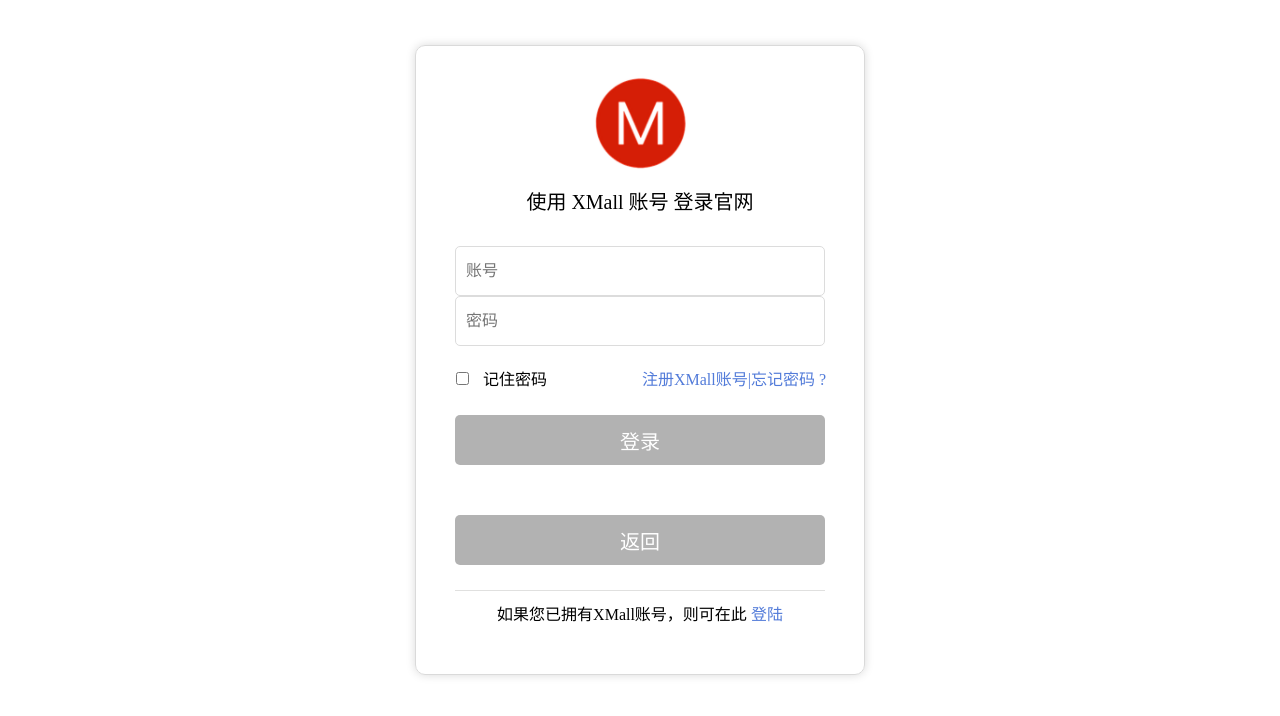
Repository: dingqihui1997/xmall-demo
Page: /signin
These files come from the project's save history. The page is drawn as it stood at one moment and after the next save; the edit follows.
The browser window is 1280 px wide. The pictures show the whole page.
The project was rebuilt for these pictures with package versions that can differ from the ones it lists, and the page was loaded fresh each time. Also part of the build but not shown: vue.config.js, src/views/Home.vue.

Above is the page before, as saved 2021-06-29 17:51:23.

After the next save:
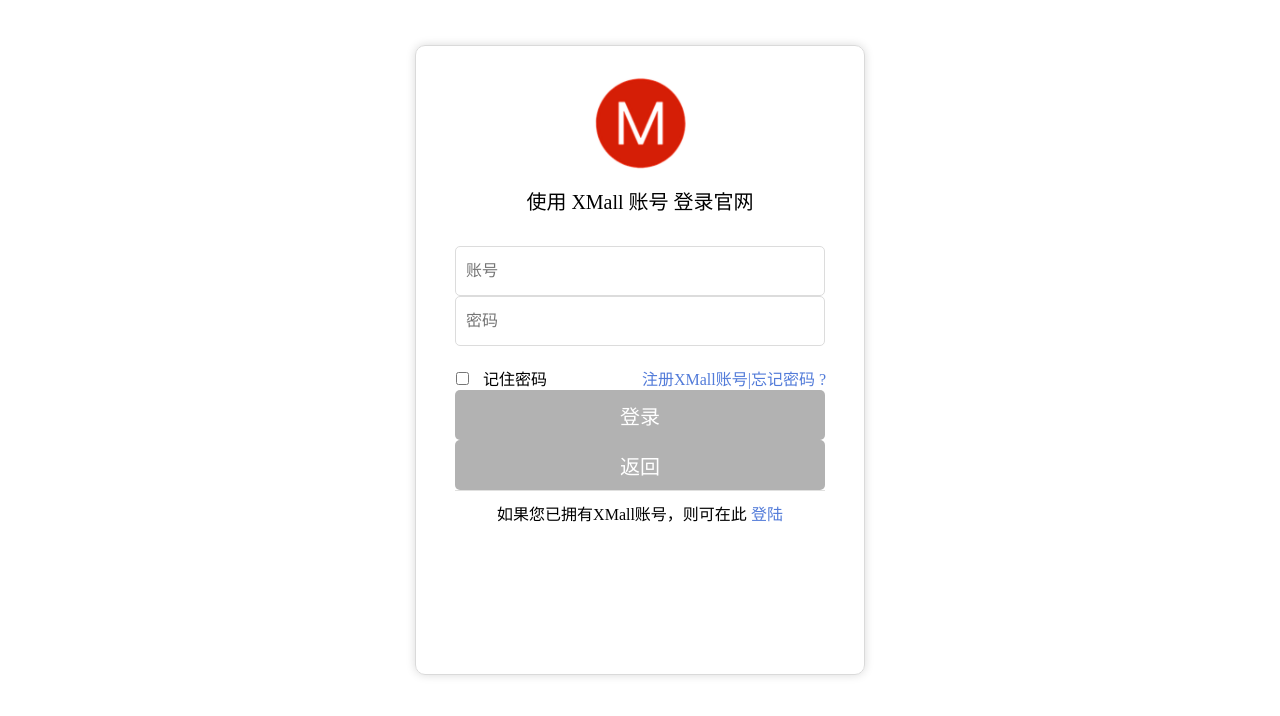
Saved 42 s later.
--- a/src/components/signin/Signin.vue
+++ b/src/components/signin/Signin.vue
@@ -145,7 +145,6 @@
   font-size: 16px;
 }
 button {
-  margin: 25px 0px;
   width: 370px;
   height: 50px;
   border-radius: 5px;
